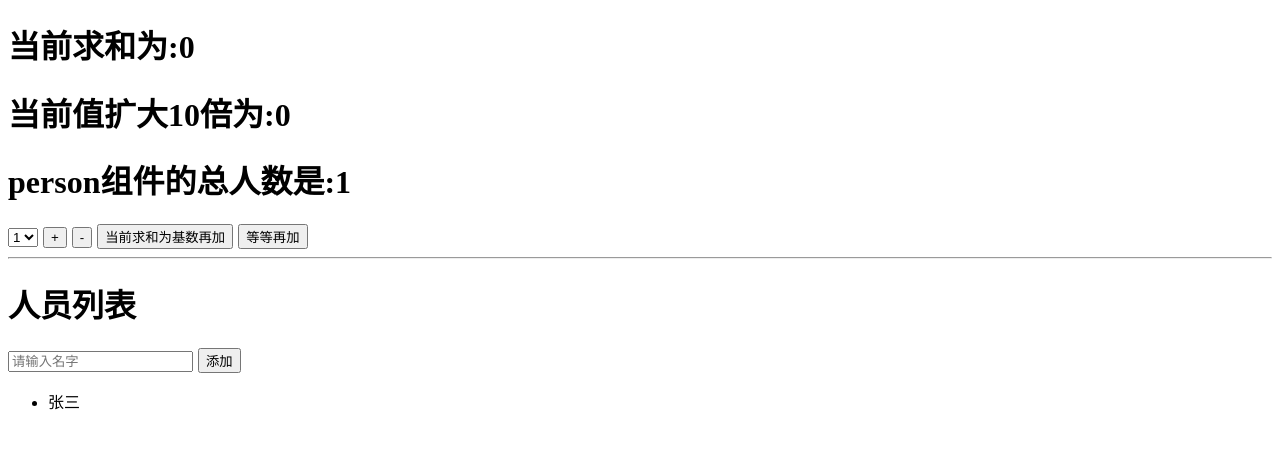
Repository: ldqml/vue.test
Page: / (app in vuexx/)
An editor plug-in stored every save of this project. The page is shown before and after the next save, followed by the edit.
The browser window is 1280 px wide. The pictures show the whole page.
The project was rebuilt for these pictures with package versions that can differ from the ones it lists, and the page was loaded fresh each time. Also part of the build but not shown: vuexx/vue.config.js.

Above is the page before, as saved 2022-08-21 18:21:12.

After the next save:
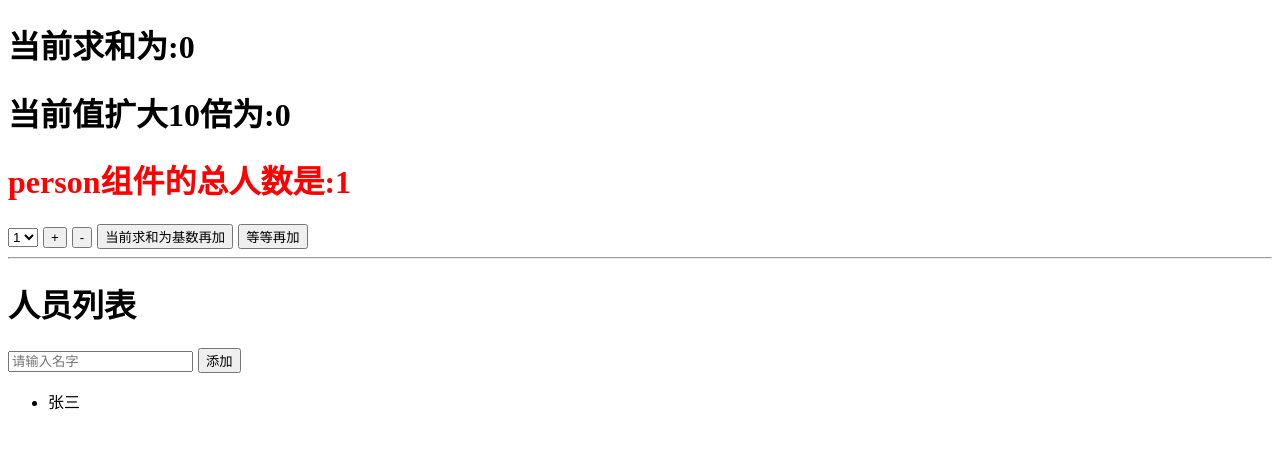
Saved 29 s later.
--- a/vuexx/src/components/SumAdd.vue
+++ b/vuexx/src/components/SumAdd.vue
@@ -2,7 +2,7 @@
   <div>
     <h1>当前求和为:{{sum}}</h1>
     <h1>当前值扩大10倍为:{{Bigsum}}</h1>
-    <h1>person组件的总人数是:{{personlist.length}}</h1>
+    <h1 style="color:red">person组件的总人数是:{{personlist.length}}</h1>
     <select v-model.number="n">
         <option value="1">1</option>
         <option value="2">2</option>
